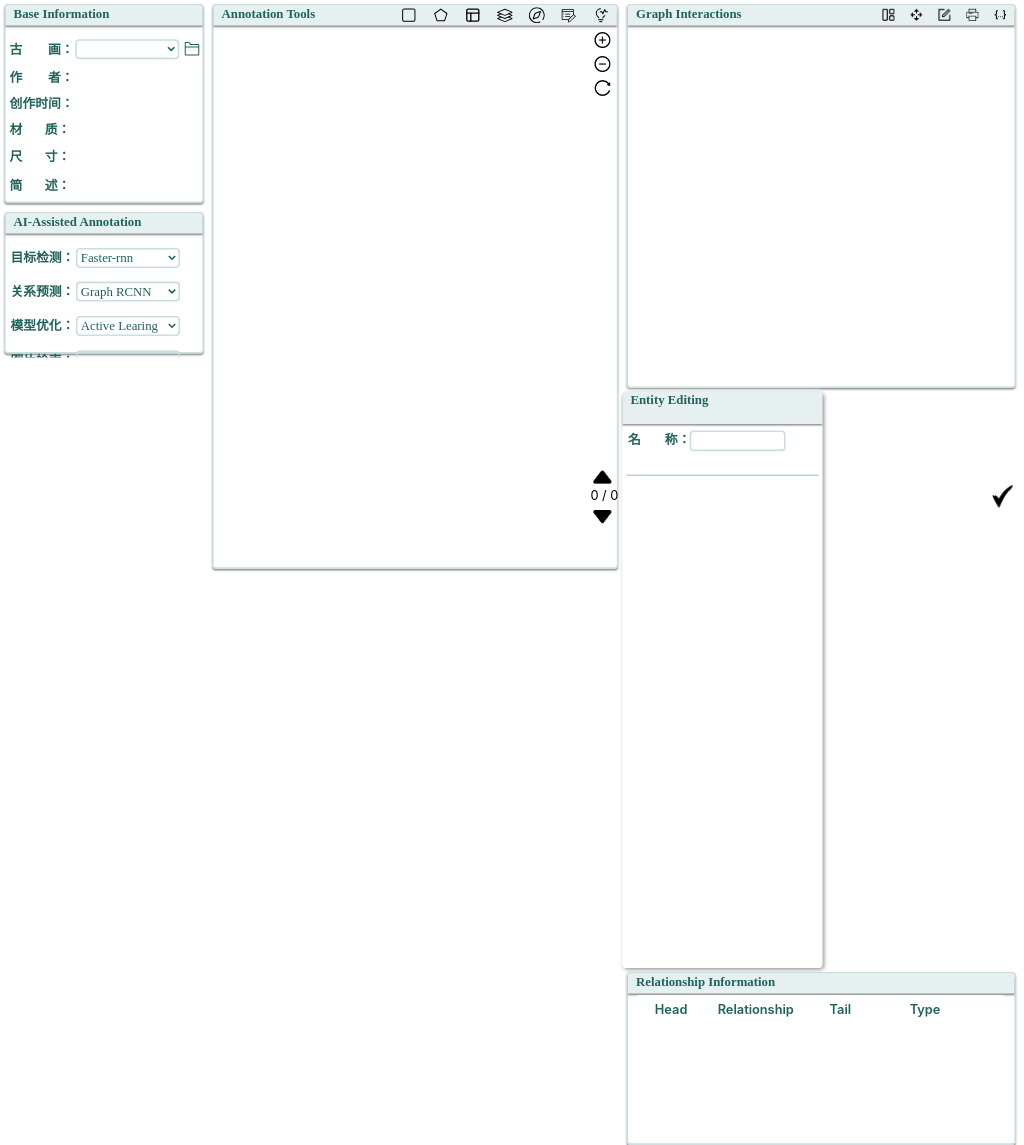
Repository: cailbh/ImageLabelTool
Page: /
These files come from the project's save history. The page is drawn as it stood at one moment and after the next save; the edit follows.
The browser window is 1280 px wide. The pictures show the whole page, at 80% of full size.
The project was rebuilt for these pictures with package versions that can differ from the ones it lists, and the page was loaded fresh each time.

Above is the page before, as saved 2022-11-02 10:30:02.

### src/index.tsx
import React from 'react';
import ReactDOM from 'react-dom/client';
import './index.css';
import UI from './View';

const root = ReactDOM.createRoot(
  document.getElementById('root') as HTMLElement
);
root.render(
  <React.StrictMode>
    <UI />
  </React.StrictMode>
);

### src/index.css
* {
  margin: 0;
  font-family: -apple-system, BlinkMacSystemFont, 'Segoe UI', 'Roboto', 'Oxygen',
    'Ubuntu', 'Cantarell', 'Fira Sans', 'Droid Sans', 'Helvetica Neue',
    sans-serif;
  -webkit-font-smoothing: antialiased;
  -moz-osx-font-smoothing: grayscale;
  padding: 0;
  user-select: none;
}

code {
  font-family: source-code-pro, Menlo, Monaco, Consolas, 'Courier New',
    monospace;
}

html, body, #root {
  width: 100%;
  height: 100%;
  /* background: rgb(237,241,241); */
  background: rgb(255,255,255);
}

#root {
  /* display: flex; */
  /* flex-direction: row; */

}

### src/View/index.tsx
/**
 * 该组件负责图像视图与网络图视图的通信：
 *
 */

import React from "react";
// import ImageView from "./ImageView";
import GraphView from "./GraphView";
import LabelView from "./LabelView";
import { Entity, EntityArray, Relationship, RelationshipArray } from '../lib/interface'
import { EntityArrayContextProvider, useEntityArray, useEntityArrayUpdate } from "../lib/context";
import { RelationshipArrayContextProvider, useRelationshipArray, useRelationshipArrayUpdate } from "../lib/context";
import { InfoContextProvider, useInfo, useInfoUpdate } from "../lib/context";
import { MemoArrayContextProvider, useMemoArray, useMemoArrayUpdate } from "../lib/context";


export default function UI() {
    return (
        <React.StrictMode>
            <InfoContextProvider>
                <RelationshipArrayContextProvider>
                    <EntityArrayContextProvider>
                        <MemoArrayContextProvider>
                            {/* <ImageView></ImageView> */}

                            <LabelView></LabelView>
                            {/* <GraphView></GraphView> */}
                        </MemoArrayContextProvider>
                    </ EntityArrayContextProvider >
                </RelationshipArrayContextProvider>
            </InfoContextProvider>
        </React.StrictMode>
    )
}

### src/View/LabelView.tsx
import React from "react";
import LabelDisplay from "../component/LabelDisplay/index";
import LabelTool from "../component/LabelTool/index";
import ViewCard from "./ViewCard";

export default function LabelView() {
    return (
        // <ViewCard
        //     top={(
        //         <LabelTool></LabelTool>
        //     )}
        //     body={(
        <LabelDisplay></LabelDisplay>
        //     )}
        // />
    )
}

### src/component/LabelDisplay/graph.css
#graph{
width: calc(100% - 6px);
height: calc(100% - 66px);
overflow: 'auto';
background: #fff;
box-sizing: border-box;
border-radius: 15px;
display: inline-block;
margin: 3px;
text-align: left;
position: relative;
}
#entityEditRootDiv{
    background: rgb(255,255,255,0.8);
    font-size: 10px;
    float: left;
    width: 250px;
    height: 100%;
    outline: none;
    border-radius: 5px;
    filter: progid:DXImageTransform.Microsoft.Shadow(color=#909090,direction=120,strength=4);
    box-shadow: 2px 2px 5px #909090 ,-2px -2px 5px #fff;
}
.graphRoot{
    background: rgba(237,241,241,0);
    position: relative;
    height: 100%;
    width: calc(40% - 10px);
    float: left;
}
.horizontal_graphRoot{
    background: rgba(237,241,241,0);
    position: relative;
    height: calc(45% - 10px);
    width: calc(100% - 260px);
    float: left;
}
.graphCantain{
    position: relative;
    height: calc(100% - 0px);
    float: left;
    width: calc(100% - 0px);
    background: rgba(237,241,241,0);
    /* padding: 10px; */
}
.graphHead{
    width: 100%;
    height: 25px;
    background: rgba(0,0,0,0);
    float: left;
    position: relative;
    z-index: 999999;
    border-top-left-radius: 5px;
    border-top-right-radius: 5px;
    background-color: rgba(230,240,241,1);
    filter: progid:DXImageTransform.Microsoft.Shadow(color=#909090,direction=120,strength=4);
    box-shadow: 0px 2px 2px #909090;
}

.graphLogo {
    float: left;
    width: 30%;
    height: 100%;
    margin-left: 10px;
    color: rgb(32,99,92);
    text-align: left;
    font-weight: 600;
    font-size: 16px;
    font-variant: tabular-nums;
    line-height: 125%;
    font-feature-settings: "tnum";
    font-family: SourceHanSerifCN-Heavy, SourceHanSerifCN;
}
.graphAssistFeatures{
    float: right;
    height: 100%;
    width: 30%;
}
.toolBut {
    height: 100%;
    text-align: center;
    /* padding: 4px; */
    width: 50px;
    float: left;
    margin: 1px 10px 0px 10px;
}

.graphToolBut {
    width: 35px;
    height: 35px;
    margin: 15px 15px 5px 25px;
    cursor: pointer;
    -webkit-border-radius: 5px;
    -moz-border-radius: 5px;
    border-radius: 5px;
    font-size: 15px;
    font-style: normal;
    color: #000;
    line-height: 36px;
    text-align: center;
    float: left;
    display: flex;
    justify-content: center;
    align-items: center;
    height: calc(100% - 20px);
    text-align: center;
    padding: 5px;
    border: 1px #696969 solid;
    width: 40px;
    float: right;
    margin: 5px 2px 5px 2px;
}
.graphToolBut:hover {
    background: #767a84;
    color: #fff;
}

.attributeDiv{
    background: rgba(237,241,241,0);
    -webkit-box-sizing: border-box;
    -moz-box-sizing: border-box;
    box-sizing: border-box;
    border-radius: 5px;
    width: calc(100% - 15px);
    margin: 5px;
    height: calc(30% - 0px);
    border-image-slice: 151;
    border-image-width: 20px 1px;
    -webkit-box-sizing: border-box;
    -moz-box-sizing: border-box;
    box-sizing: border-box;
    float: left;
    border: 2px solid rgb(204,221,224);
    filter:progid:DXImageTransform.Microsoft.Shadow(color=#909090,direction=120,strength=4);
    -moz-box-shadow: 0px 2px 10px #909090;
    -webkit-box-shadow: 0px 2px 10px #909090;
    box-shadow:0px 2px 2px #909090
}
.graphDiv{
    background: rgba(237,241,241,0);
    -webkit-box-sizing: border-box;
    -moz-box-sizing: border-box;
    box-sizing: border-box;
    border-radius: 5px;
    width: calc(100% - 15px);
    margin: 5px;
    height: calc(70% - 24px);
    border-radius: 5px;
    float: left;
    border: 2px solid rgb(204,221,224);
    filter:progid:DXImageTransform.Microsoft.Shadow(color=#909090,direction=120,strength=4);
    -moz-box-shadow: 0px 2px 10px #909090;
    -webkit-box-shadow: 0px 2px 10px #909090;
    box-shadow:0px 2px 2px #909090
}
.horizontal_attributeDiv{
    background: rgba(237,241,241,0);
    -webkit-box-sizing: border-box;
    -moz-box-sizing: border-box;
    box-sizing: border-box;
    border-radius: 5px;
    width: calc(40% - 10px);
    margin: 5px;
    height: calc(100% - 0px);
    border-image-slice: 151;
    border-image-width: 20px 1px;
    -webkit-box-sizing: border-box;
    -moz-box-sizing: border-box;
    box-sizing: border-box;
    float: left;
    border: 2px solid rgb(204,221,224);
    filter:progid:DXImageTransform.Microsoft.Shadow(color=#909090,direction=120,strength=4);
    -moz-box-shadow: 0px 2px 10px #909090;
    -webkit-box-shadow: 0px 2px 10px #909090;
    box-shadow:0px 2px 2px #909090
}
.horizontal_graphDiv{
    background: rgba(237,241,241,0);
    -webkit-box-sizing: border-box;
    -moz-box-sizing: border-box;
    box-sizing: border-box;
    border-radius: 5px;
    width: calc(60% - 10px);
    margin: 5px;
    height: calc(100% - 0px);
    border-radius: 5px;
    float: left;
    border: 2px solid rgb(204,221,224);
    filter:progid:DXImageTransform.Microsoft.Shadow(color=#909090,direction=120,strength=4);
    -moz-box-shadow: 0px 2px 10px #909090;
    -webkit-box-shadow: 0px 2px 10px #909090;
    box-shadow:0px 2px 2px #909090
}
#attributeBox{
    width: calc(50% - 4px);
    height: calc(100% - 2px);
    overflow: 'auto';
    margin: 2px 1px;
    float: left;
}
#relationshipBox{
    width: calc(100% - 4px);
    height: calc(100% - 47px);
    /* width: 100%; */
    /* height: 100%; */
    background: #fff;
    overflow: 'auto';
    float: left;
    margin: 2px 1px;
    border-radius: 15px;
}
#relationshipBoxHead{
    background-color: rgba(230,240,241,1);
    color: rgba(32,99,92,1);
    height: 25px;
    border-top-left-radius: 5px;
    border-top-right-radius: 5px;
    box-shadow: 0px 2px 2px #909090;
}
.but {
    display: flex;
    flex-direction: column;
    height: 40px;
    width:40px;
    justify-content: center;
    float: left;
}
.butContain{
    width: 10px;
    height: 100px;
    position: absolute;
    z-index: 9999;
    display: none;
}
.graphToolsDiv{
    width: 60%;
    height: 100%;
    float: right;
    /* display: flex; */
    justify-content: center;
    align-items: center;
}
.graphTool {
    /* background-color: #fff ; */
    width: 15px;
    height: 15px;
    margin: 4px 10px;
    cursor: pointer;
    float: left;
    text-align: center;
    font-size: 0;
}
.graphTool h5{
    font-style: normal;
    color: #000;
    line-height: 36px;
    text-align: center;
    font-size: 0;
}
.graphTool h5:hover{
    font-size: 0px;
}
.graphToolSet:hover {
    background: #767a84;
    color: #fff;
}
.graphToolSet.focus {
    background: #767a84;
    color: #fff;
}
#graphTools{
    float: right;
    /* height: 100%; */
    /* width: 60%; */
    /* height: 50px; */
    /* float: left; */
    position: relative;
    z-index: 999999;
    /* filter:progid:DXImageTransform.Microsoft.Shadow(color=#909090,direction=120,strength=4);
    -moz-box-shadow: 2px 2px 10px #909090;
    -webkit-box-shadow: 2px 2px 10px #909090;
    box-shadow:2px 2px 10px #909090; */
    border-top-left-radius: 10px;
    border-top-right-radius: 10px;
}
#layoutDiv{
    height: 50px;
    width: 100px;
    background: #ffffff;
    top:75px;
    position: absolute;
    display: flex;
    justify-content: center;
    align-items: center;
    /* border-top-left-radius: 10px;
    border-top-right-radius: 10px; */
    /* border: 5px #000 solid; */
    right: calc(70% - 230px);
    z-index: -999;
}
#layouts{
    float: right;
    /* height: 100%;
    width: 100%; */
    /* float: left; */
    position: relative;
    /* filter:progid:DXImageTransform.Microsoft.Shadow(color=#909090,direction=120,strength=4);
    -moz-box-shadow: 2px 2px 10px #909090;
    -webkit-box-shadow: 2px 2px 10px #909090;
    box-shadow:2px 2px 10px #909090; */
    /* border-top-left-radius: 10px;
    border-top-right-radius: 10px; */
}
#entity-table{
    width: calc(100% - 6px);
    height: calc(100% - 6px);
    border: 2px solid rgba(50, 50, 50, 0.2);
    box-sizing: border-box;
    border-radius: 5px;
    display: inline-block;
    margin: 3px;
    background: rgb(255,255,255);
}
.tableEntity{
    height: 100% !important
}

.tableRelationship{
    height: 100% !important
}
.rs-table-body-row-wrapper{
    height: 100% !important
}
#relationship-table{
    width: calc(100% - 0px);
    height: calc(100% - 0px);
    /* border: 2px solid rgba(50, 50, 50, 0.2); */
    /* box-sizing: border-box; */
    border-radius: 15px;
    display: inline-block;
    /* margin: 3px; */
    background: rgb(255,255,255);
}

.toolLayout{
    font-size:0;
    overflow:hidden;
    background: url("../../assets/imgs/tool-layout.png");
    background-size: cover;
}
.toolEdit{
    font-size:0;
    overflow:hidden;
    background: url("../../assets/imgs/tool-edit.png");
    background-size: cover;
}
.toolDrop{
    font-size:0;
    overflow:hidden;
    background: url("../../assets/imgs/tool-drop.png");
    background-size: cover;
}
.toolAdd{
    font-size:0;
    overflow:hidden;
    background: url("../../assets/imgs/tool-add.png");
    background-size: cover;
}

.toolDel{
    font-size:0;
    overflow:hidden;
    background: url("../../assets/imgs/tool-del.png");
    background-size: cover;
}

.toolUndo{
    font-size:0;
    overflow:hidden;
    background: url("../../assets/imgs/tool-undo.png");
    background-size: cover;
}

.toolRedo{
    font-size:0;
    overflow:hidden;
    background: url("../../assets/imgs/tool-redo.png");
    background-size: cover;
}

.toolPrint{
    font-size:0;
    overflow:hidden;
    background: url("../../assets/imgs/tool-download.png");
    background-size: cover;
}

.toolInputJson{
    font-size:0;
    overflow:hidden;
    background: url("../../assets/imgs/tool-inputJson.svg");
    background-size: cover;
}
.graphTool:hover {
    background: rgba(0,0,0,0);
    font-size: 0px;
    font-weight: 300;
    font-style: normal;
    color: #000;
    line-height: 36px;
    text-align: center;
    float: left;
     /* display: flex; */;
    justify-content: center;
    align-items: center;
    text-align: center;
}
.layoutSet{
    width: 20px;
    height: 20px;
    margin:5px;
    font-size:0;
    overflow:hidden;

    cursor: pointer;
    float: left;
}

.toolCrossLayout{
    background: url(../../assets/imgs/layout-cross.png);
    background-size: cover

}
.toolForceLayout{
    background: url(../../assets/imgs/layout-force.png);
    background-size: cover

}
.toolDragLayout{
    background: url(../../assets/imgs/layout-drag.png);
    background-size: cover

}
.layoutSet:hover {
    background: rgba(0,0,0,0);
    font-size: 10px;
    font-style: normal;
    color: #000;
    line-height: 6px;
    text-align: center;
    float: left;
    display: flex;
    justify-content: center;
    align-items: center;
    text-align: center;
}
.entInput{
    background: rgba(0,0,0,0);
    border: 0;
    text-align: center;
    width: 50%;
    height: 100%;
    float: left;
}
.entInput :focus{
    background: rgba(0,0,0,0);
    border: 0;
    text-align: center;
    width: 50%;
    float: left;
    height: 100%;
}

### src/lib/tasks.tsx
export default class Task {
    id: string;
    name: string;
    size: string;
    texture: string;
    time: string;
    author: string;
    discribe:string;
    constructor(options) {
        this.id = "";
        this.name = "";
        this.size = "";
        this.texture = "";
        this.time = "";
        this.author = ""
        this.discribe = ""
    }
}

### src/lib/interface.tsx
export class EntityArray {
    array: Array<Entity>;
}
export class RelationshipArray {
    array: Array<Relationship>;
}
export class MemoArray {
    relArray: Array<Relationship>;
    entArray: Array<Entity>;
}
export class Entity {
    name: string;
    id: string;
    type: string;
    x: number;
    y: number;
    //图片绘制起始位置
    ix: number;
    iy: number;
    //标注绘制起始位置
    lx: number;
    ly: number;
    // 图片宽度
    iWidth: number;
    // 图片高度
    iHeight: number;
    //图片缩放
    iScale: number;
    visAble: boolean;
    labels: any;
    content: any;
    contentType: string;
    labelLocation: any;
    rgb: string;
    visibility: boolean;
    trend: any;
    trendIndex: number;
    centerPoint: any;
    rectMask: any;
    color: string;
    describe: string;
    attribute: any;
    active: boolean;
    children: any;
    constructor(myName: string) { //定义带参数的构造函数
        this.name = myName;
    }
}


export class Relationship {
    name: string;
    id: string;
    type: string;
    targetId: string;
    sourceId: string;
    color: string;
    weight: number;
    visAble: boolean
    // constructor(myName: string) { //定义带参数的构造函数
    //     this.name = myName;
    // }
}

export class Info {
    changeState: number;
}

export default class LabelState {
    //任务名称
    taskName: string;
    //文件列表
    imgFiles: any;
    //图片总数
    imgSum: number;
    //选择图片下标
    imgIndex: number;
    cWidth: number;
    cHeight: number;
    // 缩略图宽度
    sWidth: number;
    // 缩略图高度
    sHeight: number;
    // 图片宽度
    iWidth: number;
    // 图片高度
    iHeight: number;
    // 图片拖拽至边缘最小显示
    appearSize: number;
    // 缩放布进
    scaleStep: number;
    // 最小缩放比例
    minScale: number;
    // 最大缩放比例
    maxScale: number;
    // 图片在画板中的横坐标
    x: number;
    // 图片在画板中的纵坐标
    y: number;
    // 鼠标当前画板中的横坐标
    mouseX: number;
    // 鼠标当前画板中的纵坐标
    mouseY: number;
    // 拖动过程中，鼠标前一次移动的横坐标
    prevX: number;
    // 拖动过程中，鼠标前一次移动的纵坐标
    prevY: number;
    // 缩放比例
    scale: number;
    // 鼠标在图片中的横坐标
    ix: number;
    // 鼠标在图片中的纵坐标
    iy: number;
    // 矩形框起点横坐标
    rectX: number;
    // 矩形框起点纵坐标
    rectY: number;
    // 绘制多边形的圆点半径
    radius: number;

    // 绘制线段宽度
    lineWidth: number;

    //绘制区域模块透明度
    opacity: number;

    // 定时器
    timer: any;

    // 结果是否被修改
    isModify: boolean;

    // 是否全屏
    isFullScreen: boolean;

    // 是否移动图像标注圆点
    isDragCircle: boolean;

    // 当前点击圆点index
    snapCircleIndex: number;

    // 用于在拖拽或者缩放时，让绘制至存储面板的数据，只绘制一次
    drawFlag: boolean;

    // 监听滚动条缩放是否结束的定时器
    mousewheelTimer: null;

    // 历史记录下标
    historyIndex: number;
    Arrays: any;
    Nodes: any;
    Features: any;

}

### src/axios/index.ts
import entityRecognize from './api/entityRecognize';

export * from './api/entityRecognize'; // 目标识别
// export * from './api/img'; // 图片
export default {
    entityRecognize
}

### src/component/GraphRelationship/index.css
.smallInput  {
    width: 90%;
    border-radius: 10px;
    border: 1.5px #ccc solid;
    /* margin: 5px; */
    margin-left: 15px;
    color: rgb(32,99,92);
    font-weight: 600;
    font-size: 16px;
    line-height: 1.35;
    font-variant: tabular-nums;
    line-height: 1.5715;
    font-feature-settings: "tnum";
    font-family: SourceHanSerifCN-Heavy, SourceHanSerifCN;
}
.relRow{
    width: 20% !important;
    margin: 5px;
    padding: 0px !important;
}
.relBut{
    margin: 5px;
    padding: 0px !important;
}
.relationship-table-head-co{
    width: 20%;
    height: calc(100% - 10px);
    float: left;
    margin: 5px;
    text-align: center;
}
.confirmButton{
    width: 20px;
    height: 20px;
    /* margin: 5px; */
    border-radius: 15px;
    float: left;
    border: 0px;
    background-color: rgb(32,99,92);
    color: #fff;
    text-align: center;
    font-weight: 600;
    font-size: 12px;
    font-variant: tabular-nums;
    line-height: 1.5715;
    font-feature-settings: "tnum";
    font-family: SourceHanSerifCN-Heavy, SourceHanSerifCN;
}
.deleteButton{
    width: 20px;
    height: 20px;
    /* margin: 5px; */
    border-radius: 15px;
    float: left;
    border: 0px;
    background-color: rgb(32,99,92);
    color: #fff;
    text-align: center;
    font-weight: 600;
    font-size: 12px;
    font-variant: tabular-nums;
    line-height: 1.5715;
    font-feature-settings: "tnum";
    font-family: SourceHanSerifCN-Heavy, SourceHanSerifCN;
}
#bigInput {
    color:#333;
    height: 60px;
    line-height:normal;
    font-family:"Microsoft YaHei",Tahoma,Verdana,SimSun;
    font-style:normal;
    font-variant:normal;
    font-size-adjust:none;
    font-stretch:normal;
    font-weight:normal;
    margin-top:0px;
    margin-bottom:0px;
    margin-left:0px;
    padding-top:4px;
    padding-right:4px;
    padding-bottom:4px;
    padding-left:4px;
    font-size:15px;
    outline-width:medium;
    outline-style:none;
    outline-color:invert;
    border-top-left-radius:3px;
    border-top-right-radius:3px;
    border-bottom-left-radius:3px;
    border-bottom-right-radius:3px;
    text-shadow:0px 1px 2px #fff;
    background-attachment:scroll;
    background-repeat:repeat-x;
    background-position-x:left;
    background-position-y:top;
    background-size:auto;
    background-origin:padding-box;
    background-clip:border-box;
    background-color:rgb(255,255,255);
    margin-right:8px;
    border-top-color:#ccc;
    border-right-color:#ccc;
    border-bottom-color:#ccc;
    border-left-color:#ccc;
    border-top-width:1px;
    border-right-width:1px;
    border-bottom-width:1px;
    border-left-width:1px;
    border-top-style:solid;
    border-right-style:solid;
    border-bottom-style:solid;
    border-left-style:solid;
}
.relationship-table-head{
    height: 25px;
    color: rgb(32,99,92);
    /* background: rgb(210,225,230); */
    font-weight: 600;
    text-align: center;
    font-size: 16px;
    line-height: 1.35;
    font-variant: tabular-nums;
    line-height: 1.5715;
    font-feature-settings: "tnum";
    font-family: SourceHanSerifCN-Heavy, SourceHanSerifCN;
    /* border-top-left-radius: 15px;
    border-top-right-radius: 15px; */
}
.relationship-table-body{
    height: calc(100% - 40px);
    overflow:scroll;
    scrollbar-width: none;
}

### src/axios/api/entityRecognize/index.ts
import { get, put, post, del } from '../../http';
import axios from 'axios'
import{base} from '../config'
import {message} from 'antd'
import cookie from 'react-cookies'
export const getImg = (data: any) => get({ url: '/recognize/', data }); //
export const postImg = (data: any) => post({ url: '/recognize/', data }); //
export const updateImg = (data: any) => put({ url: '/recognize/', data });

export default{
    //测试
    async testApi(params){
        return await axios.get(`${base}/hi`,params) .then((res)=>{
            return res.data;
        }).catch((error)=>{
            message.error("服务器出错")
        })
    },
    //目标检测
    async entityRecognizeApi(params){
        return await axios.post(`${base}/predict_bbx`,params).then((res)=>{
            return res.data;
        }).catch((error)=>{
            message.error("服务器出错")
        })
    },

}

### src/axios/config.ts
export const rootURL = ''

export const ServerCode = {
    SUCCESS: 0,
    CONTINUE: 400,
    WRONG_PARAM: 401,
    WRONG_REQUEST: 402,
    FORBIDDEN: 403,
    WRONG_URL: 404,
    NO_LOGIN: 406,
    TIME_OUT: 408,
    WRONG_REQUEST_MODAL: 410,
    AUTO_SAVE_ERROR_CODE: 411, // 自动暂存code
    PROCESS_ERROR: 412, // 任务进度错误
    WRONG_SERVER: 500,
    WRONG_REALIZE: 501,
    WRONG_GATEWAY: 502,
    BAD_SERVER: 503,
    GATEWAY_TIME_OUT: 504,
    WRONG_VERSION: 505
};

export const SubCode = {
    OPERATION_FAILED: 410001,
    TASK_HAS_EXPIRED_OR_SUBMITTED: 400001
};

export const ServerCodeMap = {
    [ServerCode.SUCCESS]: '成功',
    [ServerCode.CONTINUE]: '继续', // 传递指定“继续参数”即可成功
    [ServerCode.WRONG_PARAM]: '参数格式出错',
    [ServerCode.WRONG_REQUEST]: '请求出错',
    [ServerCode.FORBIDDEN]: '拒绝访问',
    [ServerCode.WRONG_URL]: '请求地址出错',
    [ServerCode.NO_LOGIN]: '未登录',
    [ServerCode.TIME_OUT]: '请求超时',
    [ServerCode.WRONG_SERVER]: '服务器内部错误',
    [ServerCode.WRONG_REALIZE]: '服务未实现',
    [ServerCode.WRONG_GATEWAY]: '网关错误',
    [ServerCode.BAD_SERVER]: '服务不可用',
    [ServerCode.GATEWAY_TIME_OUT]: '网关超时',
    [ServerCode.WRONG_VERSION]: 'HTTP版本不受支持'
};

export const RedirectMap = {
    [ServerCode.FORBIDDEN]: '/403'
};

Loaded but not shown: public/index.html (common file); src/lib/uuid.js (8 lines, source omitted); src/axios/api/config.js (3 lines, source omitted); src/component/LabelDisplay/index.tsx (4152 lines, source omitted); src/component/LabelDisplay/index.css (1817 lines, source omitted); src/component/GraphRelationship/index.tsx (223 lines, source omitted); src/component/AttributeInput/index.tsx (170 lines, source omitted); src/axios/http.ts (147 lines, source omitted); src/lib/webAnnotate.tsx (280 lines, source omitted); src/component/AttributeInput/index.css (168 lines, source omitted); src/lib/context.tsx (83 lines, source omitted)

After the next save:
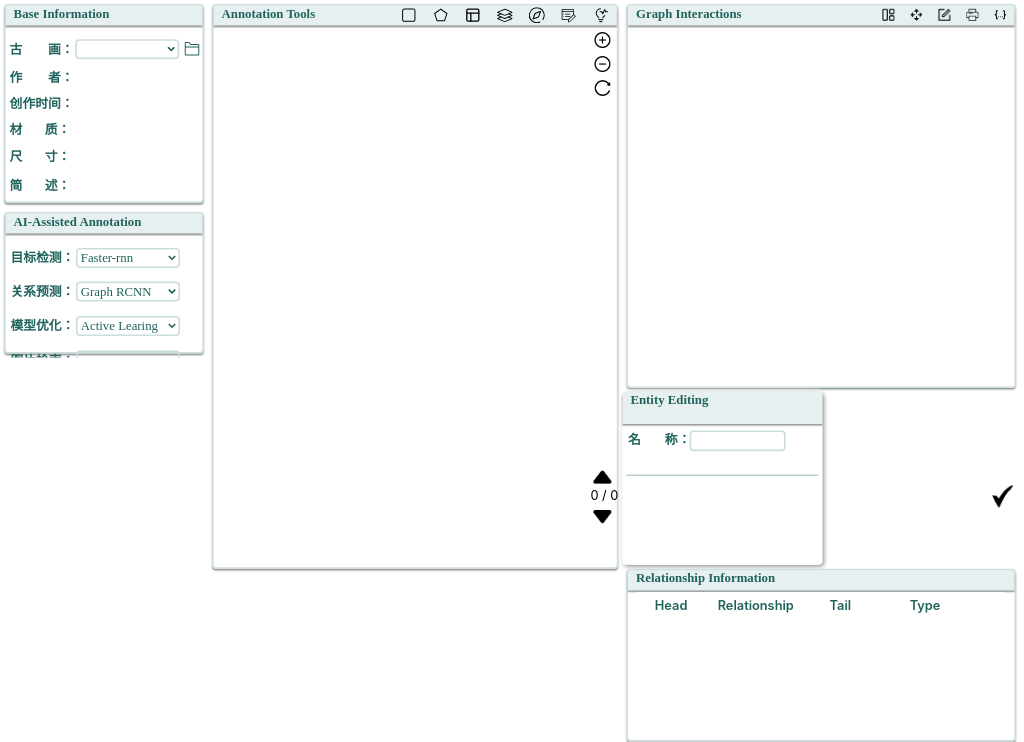
Saved 25 s later.
--- a/src/component/LabelDisplay/graph.css
+++ b/src/component/LabelDisplay/graph.css
@@ -16,6 +16,7 @@ position: relative;
     float: left;
     width: 250px;
     height: 100%;
+    height: calc(30% - 0px);
     outline: none;
     border-radius: 5px;
     filter: progid:DXImageTransform.Microsoft.Shadow(color=#909090,direction=120,strength=4);
